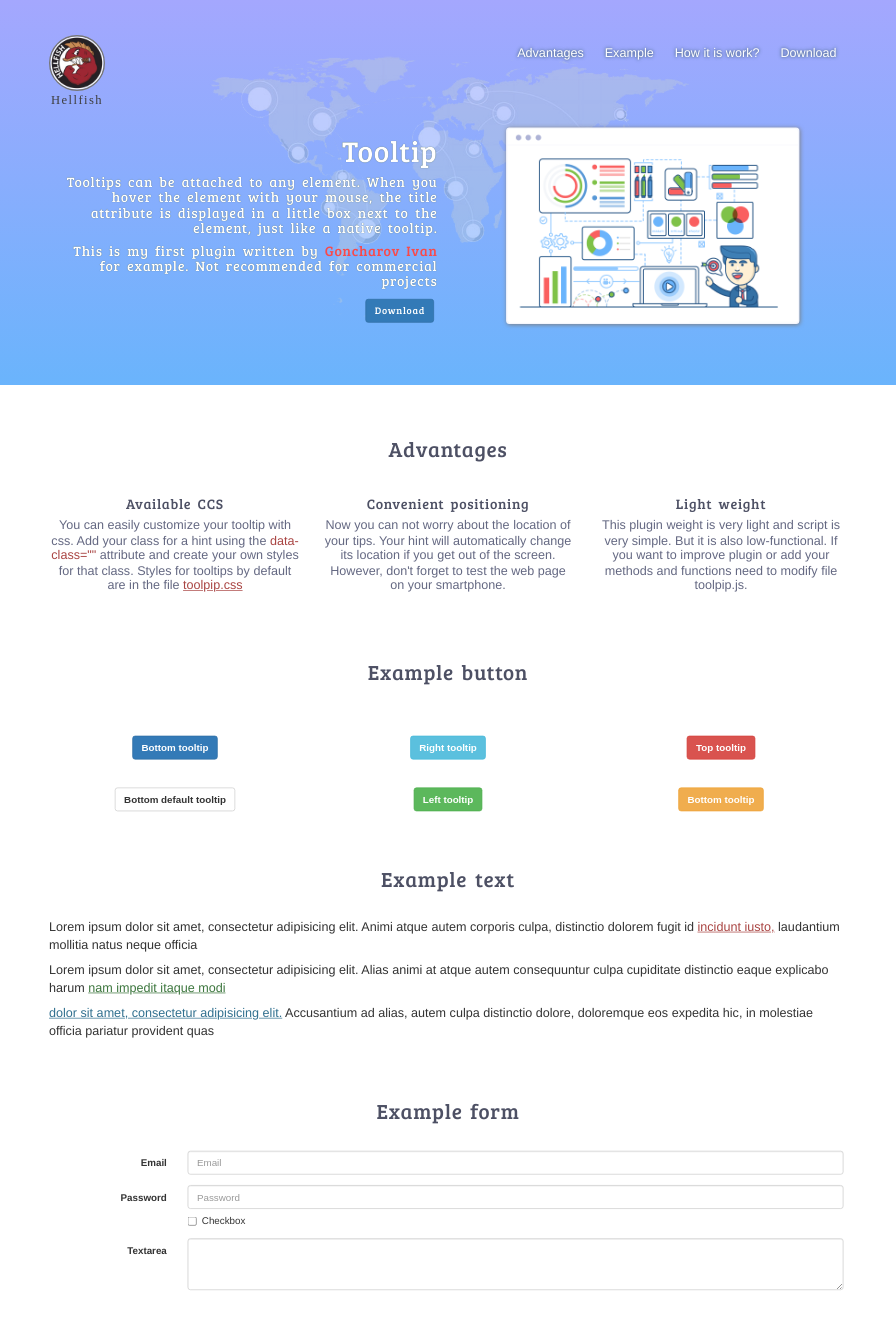
Repository: Raz-Dva/Toolpip-plugin
Page: index.html
These files come from the project's save history. The page is drawn as it stood at one moment and after the next save; the edit follows.
The browser window is 1280 px wide. The pictures show the part of the page from y = 0 to 1920 px (the page is 3231 px tall), at 70% of full size.

Above is the page before, as saved 2021-10-21 10:38:11.

After the next save:
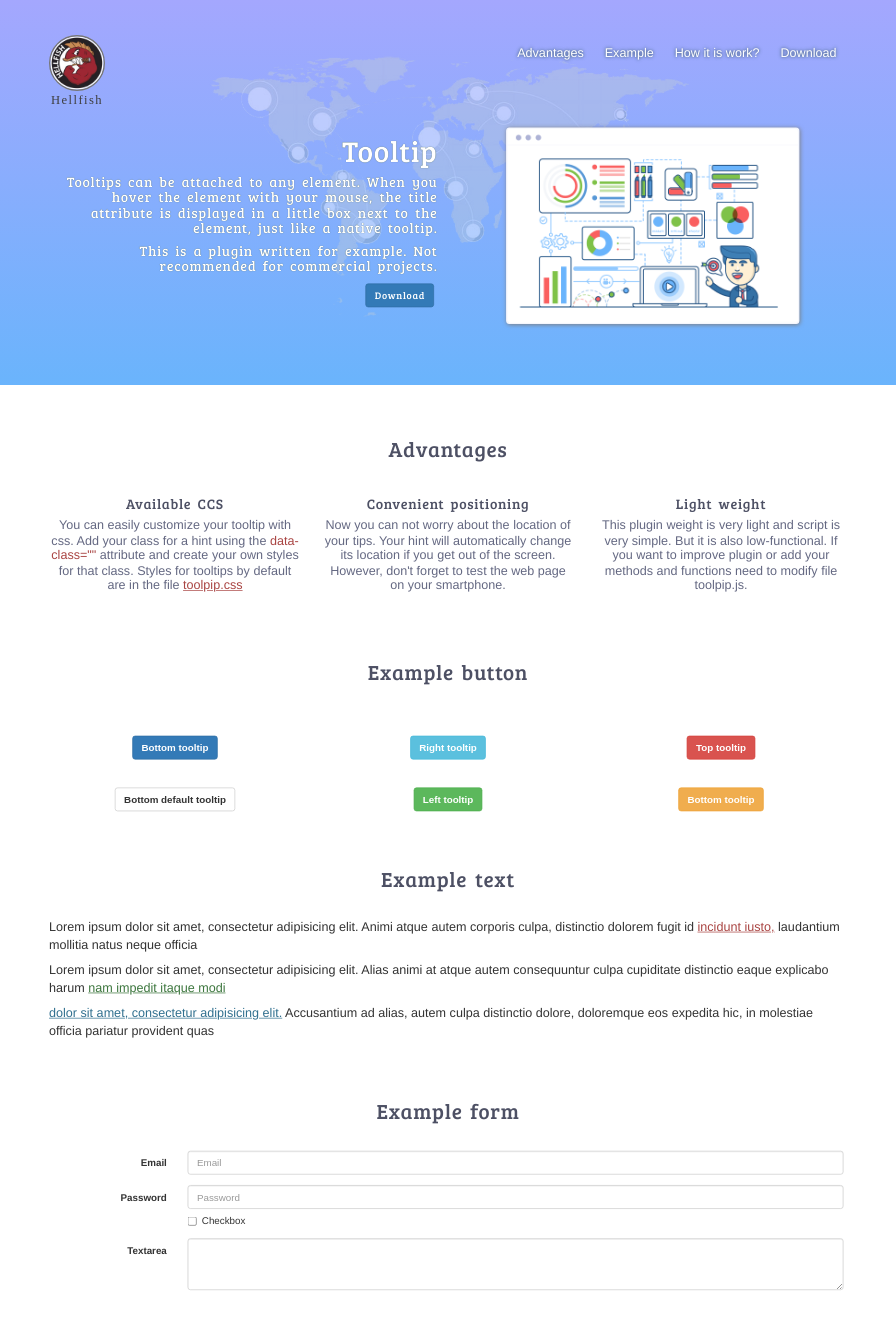
Saved 20 min 28 s later.
--- a/index.html
+++ b/index.html
@@ -83,11 +83,7 @@
                   little box next to the element, just like a native tooltip.
                 </h2>
                 <h2 class="regular-head">
-                  This is my first plugin written by
-                  <a href="https://github.com/Raz-Dva" class="text-orange"
-                    >Goncharov Ivan</a
-                  >
-                  for example. Not recommended for commercial projects
+                  This is a plugin written for example. Not recommended for commercial projects.
                 </h2>
                 <a
                   href="https://github.com/Raz-Dva/Toolpip-plugin.git"
